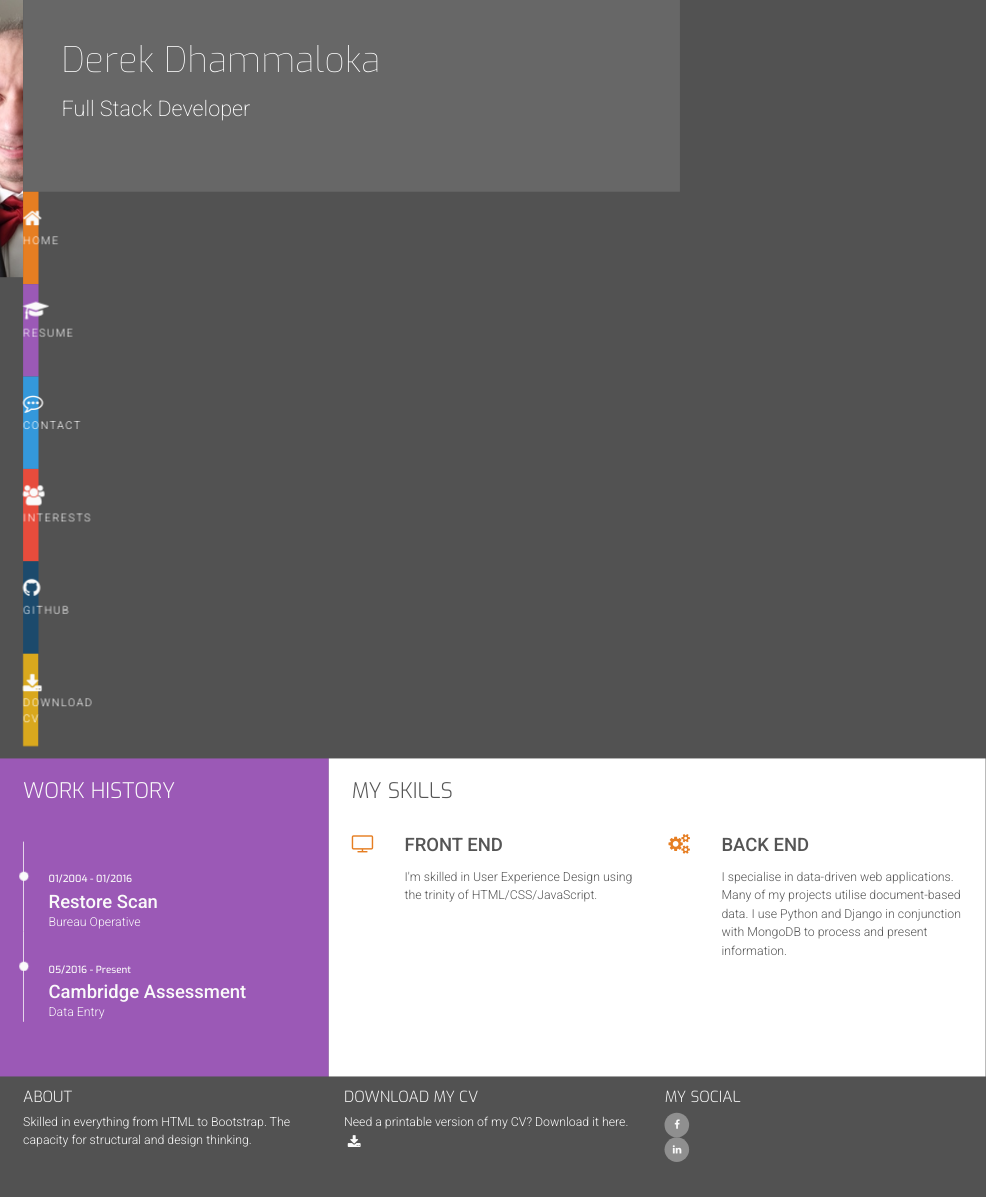
Repository: derektypist/derek-dhammaloka-cv
Page: resume.html
The author's editor kept a record of every edit. The page is drawn from the files as they stood at one moment, then again after the next edit.
The browser window is 1280 px wide. The pictures show the whole page, at 77% of full size.
Some web libraries are served in a nearby version.

Above is the page before.

### resume.html
<!DOCTYPE html>
<html>
    <head>
    <link rel="stylesheet" href="https://maxcdn.bootstrapcdn.com/bootstrap/4.3.1/css/bootstrap.min.css" integrity="sha384-ggOyR0iXCbMQv3Xipma34MD+dH/1fQ784/j6cY/iJTQUOhcWr7x9JvoRxT2MZw1T" crossorigin="anonymous">
    <link rel="stylesheet" href="https://maxcdn.bootstrapcdn.com/font-awesome/4.7.0/css/font-awesome.min.css" type="text/css" />
    <link rel="stylesheet" href="https://cdnjs.cloudflare.com/ajax/libs/hover.css/2.1.1/css/hover-min.css" type="text/css" />
    <link rel="stylesheet" href="assets/css/style.css" type="text/css" />
    <meta name="viewport" content="width=device-width, initial-scale=1">
    <title>Derek Dhammaloka CV - Resume</title>
    </head>
    <body>
        <header class="container-fluid">

            <div class="row">

                <a href="index.html" title="Derek Dhammaloka Home Page">

                    <div class="col-md-4 logo"></div>

                </a>

                <div class="col-md-8">

                    <div class="row bg-color-name-title">

                        <div class="heading">

                            <h1 class="name">Derek Dhammaloka</h1>

                            <h2 class="title">Full Stack Developer</h2>

                        </div>

                    </div>

                    <div class="row">

                        <ul class="list-inline clearfix">

                            <li class="col-xs-6 col-sm-2 ui-menu-color-home menuitem">

                                <a href="index.html" class="hvr-sweep-to-bottom"><i class="fa fa-home" aria-hidden="true"></i><span>Home</span></a>

                            </li>

                            <li class="col-xs-6 col-sm-2 ui-menu-color-resume menuitem">

                                <a href="resume.html" class="hvr-sweep-to-bottom"><i class="fa fa-graduation-cap" aria-hidden="true"></i><span>Resume</span></a>

                            </li>

                            <li class="col-xs-6 col-sm-2 ui-menu-color-contact menuitem">

                                <a href="contact.html" class="hvr-sweep-to-bottom"><i class="fa fa-commenting-o" aria-hidden="true"></i><span>Contact</span></a>

                            </li>

                            <li class="col-xs-6 col-sm-2 ui-menu-color-interests menuitem ">
                                <a href="interests.html" class="hvr-sweep-to-bottom"><i class="fa fa-users " aria-hidden="true "></i><span>Interests</span></a>
                            </li>

                            <li class="col-xs-6 col-sm-2 ui-menu-color-github menuitem ">
                                <a href="github.html" class="hvr-sweep-to-bottom"><i class="fa fa-github " aria-hidden="true "></i><span>GitHub</span></a>
                            </li>

                            <li class="col-xs-6 col-sm-2 ui-menu-color-download menuitem">

                                <a href="assets/cv/derekdhammaloka-cv.pdf" target="_blank" class="hvr-sweep-to-bottom"><span><i class="fa fa-download" aria-hidden="true"></i>Download CV</span></a>

                            </li>

                        </ul>

                    </div>

                </div>

            </div>

        </header>

         <section class="container-fluid">
            <div class="row row-table">
                <div class="col-xs-12 col-sm-12 col-md-4 bg-color-work-history section-column">
                    <div class="row">
                        <div class="col-md-12">
                            <h3 class="history-heading uppercase">Work History</h3>
                        </div>
                    </div>
                    <div class="history-items">
                       <div class="timeline-item" dates="01/2004 - 01/2016">
                       <h4>Restore Scan</h4>
                       <p>Bureau Operative</p>
                   </div>
                   <div class="timeline-item" dates="05/2016 - Present">
                       <h4>Cambridge Assessment</h4>
                       <p>Data Entry</p>
                   </div>
                   </div>
                </div>
                <div class="col-xs-12 col-sm-12 col-md-8 bg-color-three-reasons section-column">
                    <div class="row">
                        <div class="col-md-12">
                            <h3 class="section-heading uppercase">My Skills</h3>
                        </div>
                    </div>
                    <div class="row">
                        <div class="col-xs-10 col-xs-offset-1 col-sm-offset-0 col-sm-4 col-md-6">
                            <div class="row">
                                <div class="col-xs-2 col-sm-2 col-md-2">
                                    <i class="three-reasons-icons fa fa-tv" aria-hidden="true"></i>
                                </div>
                                <div class="col-xs-10 col-sm-10">
                                    <h4 class="three-reasons-heading uppercase">Front End</h4>
                                    <p>
                                        I'm skilled in User Experience Design using the trinity of HTML/CSS/JavaScript.
                                    </p>
                                </div>
                            </div>
                        </div>
                        <div class="col-xs-10 col-xs-offset-1 col-sm-offset-0 col-sm-4 col-md-6">
                                <div class="row">
                                    <div class="col-xs-2 col-sm-2 col-md-2">
                                        <i class="three-reasons-icons fa fa-gears" aria-hidden="true"></i>
                                    </div>
                                    <div class="col-xs-10 col-sm-10">
                                        <h4 class="three-reasons-heading uppercase">Back End</h4>
                                        <p>
                                            I specialise in data-driven web applications.
                                            Many of my projects utilise document-based data. I use Python and Django
                                            in conjunction with MongoDB to process and present information.
                                        </p>
                                    </div>
                                </div>
                            </div>
                    </div>
                    <div class="row progress-section">
                        <div class="progress">
                            <div class="progress-bar" role="progressbar" aria-valuenow="90" aria-valuemin="0" aria-valuemax="100" style="width: 90%">
                                <span class="sr-only"> 90% complete</span>
                            </div>
                            <span class="progress-type">HTML / HTML5</span>
                        </div>
                        <div class="progress">
                            <div class="progress-bar progress-bar-success" role="progressbar" aria-valuenow="80" aria-valuemin="0" aria-valuemax="100" style="width: 80%">
                                <span class="sr-only"> 80% complete</span>
                            </div>
                            <span class="progress-type">CSS / CSS3</span>
                        </div>
                        <div class="progress">
                            <div class="progress-bar progress-bar-info" role="progressbar" aria-valuenow="70" aria-valuemin="0" aria-valuemax="100" style="width: 70%">
                                <span class="sr-only"> 70% complete</span>
                            </div>
                            <span class="progress-type">JavaScript / jQuery</span>
                        </div>
                        <div class="progress">
                            <div class="progress-bar progress-bar-warning" role="progressbar" aria-valuenow="80" aria-valuemin="0" aria-valuemax="100" style="width: 80%">
                                <span class="sr-only"> 80% complete</span>
                            </div>
                            <span class="progress-type">Python / Django</span>
                        </div>
                        <div class="progress">
                            <div class="progress-bar progress-bar-danger" role="progressbar" aria-valuenow="80" aria-valuemin="0" aria-valuemax="100" style="width: 80%">
                                <span class="sr-only"> 80% complete</span>
                            </div>
                            <span class="progress-type">SQL / NoSQL</span>
                        </div>
                    </div>
                </div>
            </div>
        </section>

        <footer class="container-fluid">
        <div class="row" id="footer-details">
            <div class="col-sm-4">
                <h5 class="uppercase general-sub">About</h5>
                <p class="inline-block">
                    Skilled in everything from HTML to Bootstrap.
                    The capacity for structural and design thinking.

                </p>
            </div>

            <div class="col-sm-4">
                <h5 class="uppercase general-sub">Download My CV</h5>
                <p class="inline-block">
                    Need a printable version of my CV?  Download it here.
                <a href="assets/cv/derekdhammaloka-cv.pdf" target="_blank" class="cv-pdf"><i class="fa fa-download" aria-hidden="true"></i></a>
                </p>

            </div>

            <div class="col-sm-4">
                <h5 class="uppercase general-sub">My Social</h5>
                <ul class="list-inline social-links">
                    <li><a target="_blank" href="https://www.facebook.com/derek.dhammaloka"><i class="fa fa-facebook"></i></a></li>
                    <li><a target="_blank" href="https://www.linkedin.com/in/derekdhammaloka"><i class="fa fa-linkedin"></i></a></li>
                </ul>

            </div>
        </div>
    </footer>
    </body>
</html>

### assets/css/style.css
@import url('https://fonts.googleapis.com/css?family=Roboto:100,200,300,400,500,600,700|Exo:100,200,300,400,500,600,700');


/* Colors */

.bg-color-name-title {
    background-color: #676767;
}

.bg-color-three-reasons {
    background-color: #ffffff;
}

.ui-menu-color-home {

    background-color: #e67e22;

}


.ui-menu-color-resume {

    background-color: #9b59b6;

}



.ui-menu-color-contact {

    background-color: #3498db;

}


.ui-menu-color-download {

    background-color: #d9a81d;

}

.ui-menu-color-github {
    background-color: #1c4a6c;
}

.ui-menu-color-interests {
    background-color: #e74c3c;
}

.bg-color-personal-info {
    background-color: #f4f4f4;
}

.bg-color-work-history {
    background-color: #9b59b6;
}

.bg-color-contact {
    background-color: #ffffff;
}

.bg-color-conferences {

    background-color: #f4f4f4;

}


.bg-color-groups {

    background-color: #ffffff;

}

body {
    font-family: "Roboto", Arial, Verdana, sans-serif;
    font-weight: 300;
    background-color: #525252;
    color: #555555;
}

.section-column {
    display: table-cell;
    padding: 0 30px 30px;
    float: none;
}


/* Special Padding/Margins/Text */

h1, h2, h3, h4 {
    margin: 0;
}

.uppercase {
    text-transform: uppercase;
}

.general-sub {
    font-family: "Exo", Arial, Verdana, sans-serif;
    font-weight: 300;
    color: #fafafa;
}

.inline-block {
    display: inline-block;
}

.row-table {
    display: table;
}

.history-heading, .section-heading {
    font-family: "Exo", Arial, Verdana, sans-serif;
    font-weight: 300;
    margin-top: 25px;
    margin-bottom: 40px;
}

.text-center {
    text-align: center;
}

/* Heading */

header {
    margin: 0;
}



.heading {
    margin-left: 50px;
}


.logo {

    background: url("../images/derek.jpg");

    background-position: center;

    background-repeat: no-repeat;

    background-size: cover;

    min-height: 360px;


    transition: all .5s ease-in-out;

    -moz-transition: all .5s ease-in-out;
    -webkit-transition: all .5s ease-in-out;
    -o-transition: all .5s ease-in-out;

}

.name {
    font-family: "Exo", Arial, Verdana, sans-serif;
    font-weight: 100;
    font-size: 46px;
    margin-top: 50px;
    color: #ffffff;
}

.title {
    font-family: "Roboto", Arial, Verdana, sans-serif;
    font-weight: 200;
    font-size: 28px;
    margin-top: 20px;
    margin-bottom: 90px;
    color: #fff;
}

.list-inline-item:not(:last-child) {
    margin: 0;
}


.menucontainer {

    font-size: 0;

}
#nav {
    margin: 0;
}

#nav li {
    font-size: 14px;
    padding: 0;
}

.menuitem {
    height: 120px;
    text-align: center;
    padding: 0;
}

.menuitem a {
    width: 100%;
    text-decoration: none;
    color: #fff;
    height: 120px;
}

.menuitem a i {
    padding-top: 22px;
    display: block;
    color: #fafafa;
    font-size: 26px;
}

.menuitem span {
    display: block;
    width: 100%;
    padding-top: 5px;
    text-align: center;
    text-transform: uppercase;
    font-size: 14px;
    font-weight: 300;
    letter-spacing: 2px;
}

/* Hover.css */

.hvr-sweep-to-bottom:before {
    background: rgb(0, 0, 0);
    background: rgba(0, 0, 0, 0.2);
    height: 120px;
}

/* Footer */
footer {
    background-color: #525252;
    color: #fafafa;
    min-height: 120px;
    margin: 0;
}

footer .cv-pdf {
    color: #fafafa;
    text-align: center;
    font-size: 18px;
    padding-left: 5px;
}

footer .cv-pdf i:hover {
    color: #e84610;
    transition: all 0.35s ease-in-out;
    -moz-transition: all 0.35s ease-in-out;
    -webkit-transition: all 0.35s ease-in-out;
    -o-transition: all 0.35s ease-in-out;
}

.social-links {
    padding-bottom: 15px;
}

.social-links li a i {
    width: 32px;
    height: 32px;
    padding: 12px 0px;
    border-radius: 50%;
    font-size: 13px;
    line-height: 7px;
    text-align: center;
    color: #fafafa;
    background: #8f8f8f;
    transition: all 0.35s ease-in-out;
    -moz-transition: all 0.35s ease-in-out;
    -webkit-transition: all 0.35s ease-in-out;
    -o-transition: all 0.35s ease-in-out;

}

.social-links li a i:hover {
    background: #e84610;

}

#footer-details {
    padding: 15px;
}

/* Three Reasons */

.three-reasons-icons {
    font-size: 26px;
    color: #e67e22;
}

.three-reasons-heading {
    margin-bottom: 15px;
}

/* Personal Info */

.personal-info-item {
    margin-bottom: 20px;
    display: block;
    clear: both;
}



.personal-info-item .key, .personal-info-item .value {
    padding-right: 8px;
}

.personal-info-item .key p, .personal-info-item .value p {
    margin: 0;
}

.personal-info-item .key {
    display: inline-block;
    width: 30%;
    margin-right: 21px;
    padding-top: 2px;
    vertical-align: top;
}

.personal-info-item .key p {
    font-family: "Roboto", Arial, Verdana, sans-serif;
    font-weight: 700;

}

.personal-info-item .value {
    display: inline-block;
    position: relative;
    width: 60%;
}

/* Skills */

.progress {
    position: relative;
    height: 25px;
}

.progress-type {
    position: absolute;
    left: 0px;
    font-weight: 400;
    padding: 3px 30px 2px 10px;
    color: #fafafa;
    background-color: rgb(25, 25, 25);
    background-color: rgba(25, 25, 25, 0.2);
}

.progress-section {
    margin: 40px 20px;
}

/* Work History */

.timeline-item {
    padding: 4em 2em 0em 2em;
    position: relative;
    color: #fafafa;
    border-left: 1px solid;
}

.timeline-item p {
    padding: 0;
    margin: 0;
}

.timeline-item::before {
    content: attr(dates);
    position: absolute;
    left: 2.5em;
    top: 3em;
    display: block;
    font-family: "Exo", Arial, Verdana, sans-serif;
    font-weight: 500;
    font-size: .8em;
    padding: 0;
    margin: 0;
}

.timeline-item::after {
    width: 12px;
    height: 12px;
    display: block;
    top: 2.4em;
    position: absolute;
    left: -6px;
    border-radius: 12px;
    content: '';
    background: #fafafa;
}

.history-heading {
    color: #fafafa;
    margin-bottom: 50px;
}

.history-items {
    margin-bottom: 30px;
}

/* Interests */
.interest-links {
    text-decoration: none;
    color: #3498db;
}

.interest-links:hover {
    color: #e67e22;
}


/* Contact */

.contact-heading {
    font-family: "Exo", Arial, Verdana, sans-serif;
    font-weight: 300;
    margin-top: 25px;
    margin-bottom: 20px;
}

.center-form {
    padding-top: 10px;
    margin: 0 auto;
    max-width: 70%;
}

button[type="submit"] {
    margin-top: 15px;
    margin-bottom: 20px;
    background-color: #e84610;
    color: #fafafa;
}

/* Media Queries */

@media (min-width: 992px) {
    .section-column {
        padding: 0 30px 30px;
        float: none;
        display: table-cell;
    }

    .center-form {
    padding-top: 30px;
    min-height: 240px;
    margin: 0 auto;
    max-width: 50%;
}

}

/* Maps */
div#map {
    min-height: 360px;

}

After the next edit:
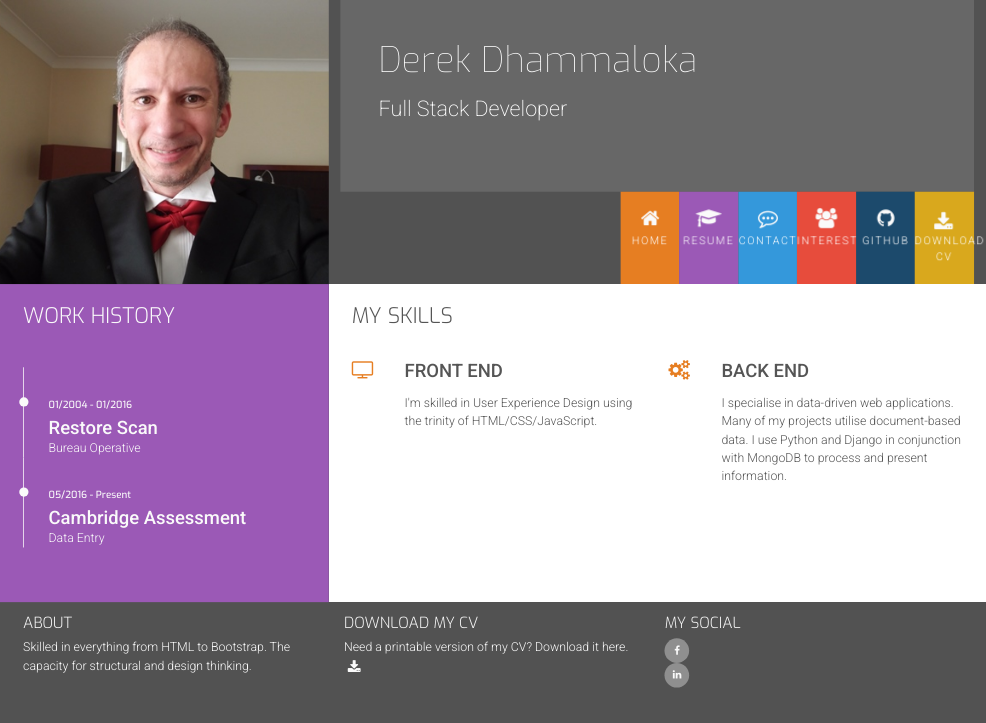
The edit:
--- a/resume.html
+++ b/resume.html
@@ -9,61 +9,53 @@
     <title>Derek Dhammaloka CV - Resume</title>
     </head>
     <body>
-        <header class="container-fluid">
+       <header class="container-fluid">
 
             <div class="row">
 
-                <a href="index.html" title="Derek Dhammaloka Home Page">
-
-                    <div class="col-md-4 logo"></div>
-
-                </a>
+                <a class="col-md-4 logo" href="index.html" title="Derek Dhammaloka Home Page"></a>
 
                 <div class="col-md-8">
 
-                    <div class="row bg-color-name-title">
-
-                        <div class="heading">
-
+                    <div class="row no-gutters bg-color-name-title">
+                        <div class="col heading">
                             <h1 class="name">Derek Dhammaloka</h1>
-
                             <h2 class="title">Full Stack Developer</h2>
-
                         </div>
-
                     </div>
 
-                    <div class="row">
+                    <div class="row no-gutters">
+                        <div class="col"></div>
 
-                        <ul class="list-inline clearfix">
+                        <ul class="list-inline menucontainer" id="nav">
 
-                            <li class="col-xs-6 col-sm-2 ui-menu-color-home menuitem">
+                            <li class="col-6 col-sm-2 ui-menu-color-home menuitem list-inline-item">
 
                                 <a href="index.html" class="hvr-sweep-to-bottom"><i class="fa fa-home" aria-hidden="true"></i><span>Home</span></a>
 
                             </li>
 
-                            <li class="col-xs-6 col-sm-2 ui-menu-color-resume menuitem">
+                            <li class="col-6 col-sm-2 ui-menu-color-resume menuitem list-inline-item">
 
                                 <a href="resume.html" class="hvr-sweep-to-bottom"><i class="fa fa-graduation-cap" aria-hidden="true"></i><span>Resume</span></a>
 
                             </li>
 
-                            <li class="col-xs-6 col-sm-2 ui-menu-color-contact menuitem">
+                            <li class="col-6 col-sm-2 ui-menu-color-contact menuitem list-inline-item">
 
                                 <a href="contact.html" class="hvr-sweep-to-bottom"><i class="fa fa-commenting-o" aria-hidden="true"></i><span>Contact</span></a>
 
                             </li>
 
-                            <li class="col-xs-6 col-sm-2 ui-menu-color-interests menuitem ">
-                                <a href="interests.html" class="hvr-sweep-to-bottom"><i class="fa fa-users " aria-hidden="true "></i><span>Interests</span></a>
+                            <li class="col-6 col-sm-2 ui-menu-color-interests menuitem list-inline-item">
+                                <a href="interests.html" class="hvr-sweep-to-bottom"><i class="fa fa-users" aria-hidden="true "></i><span>Interests</span></a>
                             </li>
 
-                            <li class="col-xs-6 col-sm-2 ui-menu-color-github menuitem ">
-                                <a href="github.html" class="hvr-sweep-to-bottom"><i class="fa fa-github " aria-hidden="true "></i><span>GitHub</span></a>
+                            <li class="col-6 col-sm-2 ui-menu-color-github menuitem list-inline-item">
+                                <a href="github.html" class="hvr-sweep-to-bottom"><i class="fa fa-github" aria-hidden="true "></i><span>GitHub</span></a>
                             </li>
 
-                            <li class="col-xs-6 col-sm-2 ui-menu-color-download menuitem">
+                            <li class="col-6 col-sm-2 ui-menu-color-download menuitem list-inline-item">
 
                                 <a href="assets/cv/derekdhammaloka-cv.pdf" target="_blank" class="hvr-sweep-to-bottom"><span><i class="fa fa-download" aria-hidden="true"></i>Download CV</span></a>
 
